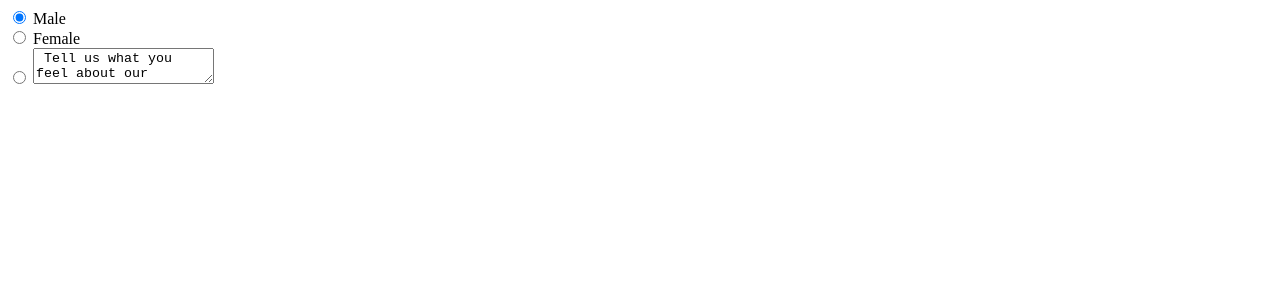
Repository: wakoya-tech/Node.js
Page: Desktop/Node-js/okey.html
An editor plug-in stored every save of this project. The page is shown before and after the next save, followed by the edit.
The browser window is 1280 px wide. The pictures show the whole page.

Above is the page before, as saved 2025-11-13 15:27:55.

### Desktop/Node-js/okey.html
<!DOCTYPE html>
<html lang="en">
<head>
    <meta charset="UTF-8">
    <meta name="viewport" content="width=device-width, initial-scale=1.0">
    <title>Document</title>
</head>
<body>
    <form>
        <input type="radio" name=“gender" value="male" checked=”checked”> Male <br>
        <input type="radio" name="gender" value="female"> Female
        </form>
    <input type="radio">
    <textarea name="comment"> Tell us what you feel about our tutorial with 50 words or less. </textarea>
</body>
</html>

After the next save:
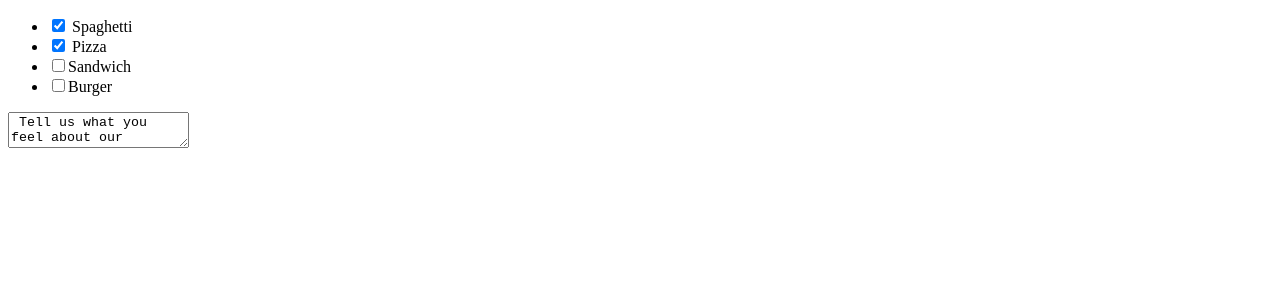
Saved 3 min 17 s later.
--- a/Desktop/Node-js/okey.html
+++ b/Desktop/Node-js/okey.html
@@ -6,11 +6,13 @@
     <title>Document</title>
 </head>
 <body>
-    <form>
-        <input type="radio" name=“gender" value="male" checked=”checked”> Male <br>
-        <input type="radio" name="gender" value="female"> Female
-        </form>
-    <input type="radio">
+    <ul>
+        <li><input type="checkbox" name="genre" value=" spaghetti " checked="checked">
+        Spaghetti</li>
+        <li><input type="checkbox" name="genre" value="pizza" checked="checked"> Pizza</li>
+        <li><input type="checkbox" name="genre" value="sandwich">Sandwich </li>
+        <li><input type="checkbox" name="genre" value="Burger">Burger</li>
+        </ul>
     <textarea name="comment"> Tell us what you feel about our tutorial with 50 words or less. </textarea>
 </body>
 </html>
